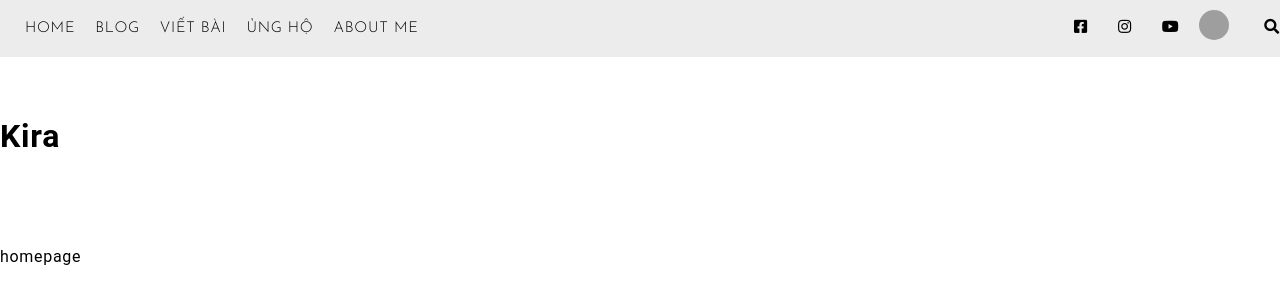
Repository: DTien93/blog-meanstack
Page: / (app in my-app/)
The author's editor kept a copy of each file at every save. The page is drawn from the files as they stood at one save, then again after a run of saves.
The browser window is 1280 px wide. The pictures show the whole page.
Pictures or frames that could not be fetched are drawn as grey boxes. Some web libraries are served in a nearby version. The project was rebuilt for these pictures with package versions that can differ from the ones it lists, and the page was loaded fresh each time. Also part of the build but not shown: my-app/src/components/pages/home.css.

Above is the page before, as saved 2021-08-21 16:09:09.

After the next 2 saves:
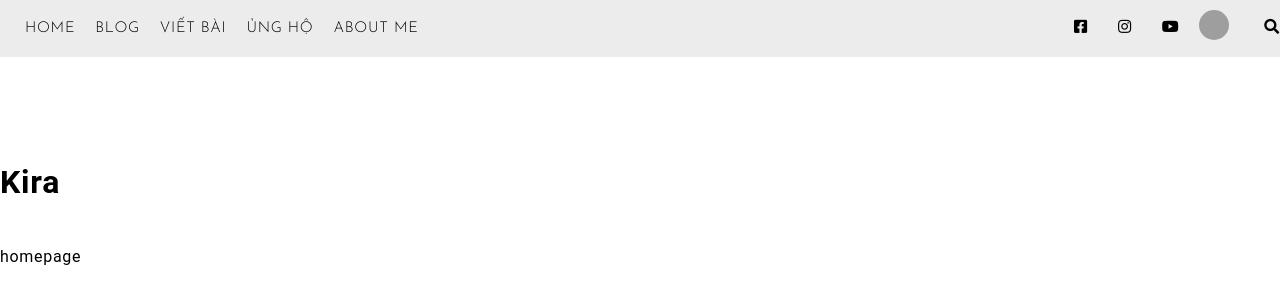
The 2 saves are shown as one change because they came seconds apart.
The last was saved 8 s later.
--- a/my-app/src/components/Header/header.css
+++ b/my-app/src/components/Header/header.css
@@ -12,5 +12,5 @@
     height: 130px;
     width:  100%;
     display: flex;
-    margin: 0 auto;
+    align-items: center;
 }
